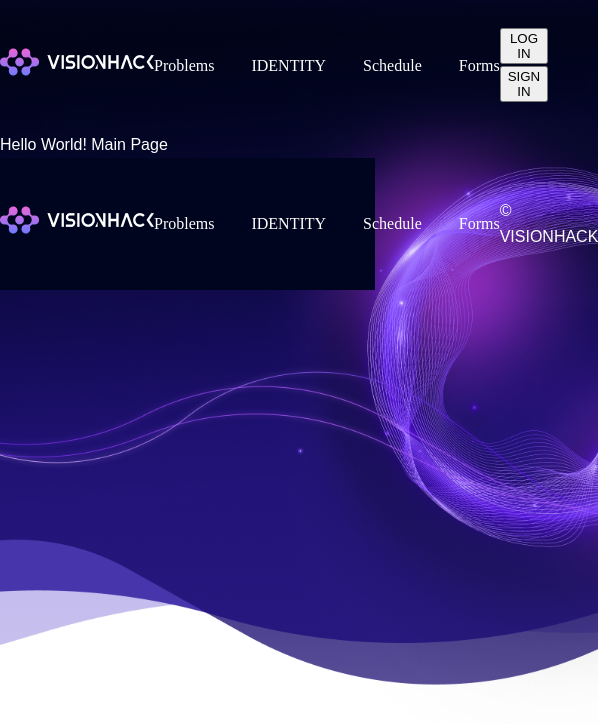
Repository: krmvz/VisionHack
Page: /
These files come from the project's save history. The page is drawn as it stood at one moment and after the next save; the edit follows.
The browser window is 375 px wide. The page is 598 px wide, then 603 px, so the pictures cover 603 px, including what lies to the right of the window. The pictures show the whole page.
The project was rebuilt for these pictures with package versions that can differ from the ones it lists, and the page was loaded fresh each time.

Above is the page before, as saved 2024-05-23 12:29:43.

### src/index.jsx
import React from 'react';
import ReactDOM from 'react-dom/client';
// import './index.css';
import App from './App';
// import reportWebVitals from './reportWebVitals';

const root = ReactDOM.createRoot(document.getElementById('root'));
root.render(
  <React.StrictMode>
    <App />
  </React.StrictMode>
);

### src/App.jsx


import './App.scss';
import Footer from './components/Footer/footer';
import Header from './components/Header/header';
// import circle from './images/mainbgi.png';
// import mainPage from './../.history/src/pages/mainPage/mainPage_20240521145324';
import MainPage from './pages/mainPage/mainPage';

function App() {
  return (
    <div className="App">
      <Header/>
      <MainPage/>
      <Footer/>
    </div>
  );
}

export default App;

### src/App.scss
// Variables
$small-screen: 600px;
$medium-screen: 768px;
$large-screen: 1024px;
$extra-large-screen: 1200px;

// Base Styles
body {
  color: white;
  font-family: Arial, sans-serif;
  line-height: 1.6;
  margin: 0;
  padding: 0;
  box-sizing: border-box;
}

body{
  background-image: url('./images/mainbgi.png')!important;
  background-size: cover; // Options: cover, contain, auto
  background-position: center; // Options: top, bottom, left, right, center
  background-repeat: no-repeat; // Options: no-repeat, repeat, repeat-x, repeat-y
  background-attachment: fixed; // Options: scroll, fixed, local
  background-blend-mode: overlay;
}

### src/components/Footer/footer.jsx
import React from 'react'
import logo from '../../images/logo.png'
import './footer.scss';



const Footer = () => {
  return (
    <footer className='footer container'>
      <div className="logo"><img src={logo} alt="logo Vision Hack" /></div>
      <div className="navbar">
        <a href="">Problems</a>
        <a href="">IDENTITY</a>
        <a href="">Schedule</a>
        <a href="">Forms</a>
      </div>
      <div className="copyright">
      © VISIONHACK
      </div>
    </footer>
  )
}

export default Footer;

### src/components/Header/header.jsx
import React from 'react';

import './header.scss';
import logo from '../../images/logo.png'

const Header = () => {
  return (
    <header className='header container'>
      <div className="logo"><img src={logo} alt="logo Vision Hack" /></div>
      <div className="navbar">
        <a href="">Problems</a>
        <a href="">IDENTITY</a>
        <a href="">Schedule</a>
        <a href="">Forms</a>
      </div>
      <div className="logs">
        <button>LOG IN</button>
        <button>SIGN IN</button>
      </div>
    </header>
  )
}

export default Header;

### src/pages/mainPage/mainPage.jsx
import React from 'react'

const MainPage = () => {
  return (
    <div className='mainPage'>
      Hello World!
      Main Page
    </div>
  )
}

export default MainPage;

### src/components/Footer/footer.scss
// @import "~bootstrap/scss/bootstrap";


.footer{
    height: 132px;
    display: flex;
    align-items: center;
    justify-content: space-around;
    background-color: #00051F;
    .navbar{
        display: flex;
        // justify-content: space-around;
        gap: 37px;
        a{
            font-family: Raleway;
            font-size: 16px;
            font-weight: 500;
            line-height: 16px;
            text-align: left;
            text-decoration: none;
            color: white;

        }
    }
    .copyright{
        width: Fixed (134px)px;
        height: Fixed (30px)px;
        gap: 10px;
        opacity: 0px;

    }
}

### src/components/Header/header.scss
// @import "~bootstrap/scss/bootstrap";


.header{
    height: 132px;
    display: flex;
    align-items: center;
    justify-content: space-around;
    .navbar{
        display: flex;
        // justify-content: space-around;
        gap: 37px;
        a{
            font-family: Raleway;
            font-size: 16px;
            font-weight: 500;
            line-height: 16px;
            text-align: left;
            text-decoration: none;
            color: white;

        }
    }
    .logs{
        width: Fixed (134px)px;
        height: Fixed (30px)px;
        gap: 10px;
        opacity: 0px;

    }
}

After the next save:
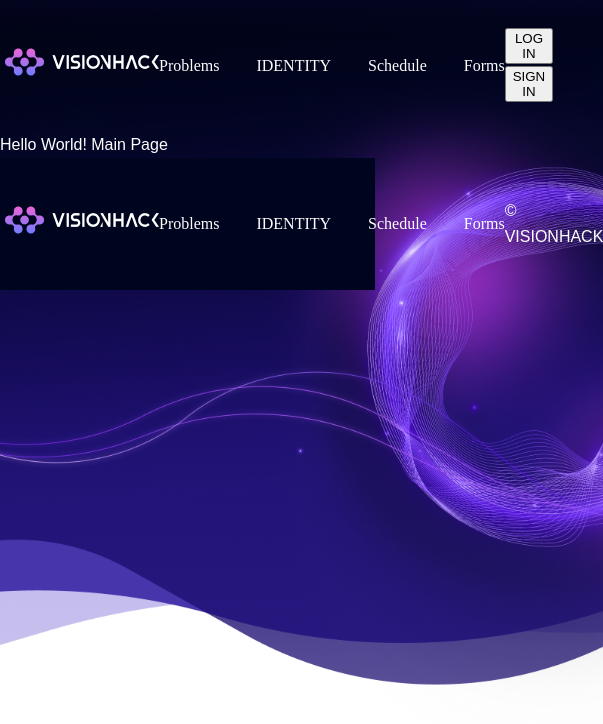
Saved 64 s later.
--- a/src/App.scss
+++ b/src/App.scss
@@ -22,3 +22,30 @@
   background-attachment: fixed; // Options: scroll, fixed, local
   background-blend-mode: overlay;
 }
+/* Basic Container Styling */
+.container {
+  max-width: 1200px; /* Maximum width for the container */
+  margin: 0 auto;    /* Center the container horizontally */
+  padding: 0 20px;   /* Add horizontal padding */
+  box-sizing: border-box; /* Include padding and border in the element's total width and height */
+}
+
+/* Example for Responsive Design */
+@media (max-width: 1200px) {
+  .container {
+    max-width: 100%;
+    padding: 0 15px;
+  }
+}
+
+@media (max-width: 768px) {
+  .container {
+    padding: 0 10px;
+  }
+}
+
+@media (max-width: 480px) {
+  .container {
+    padding: 0 5px;
+  }
+}
